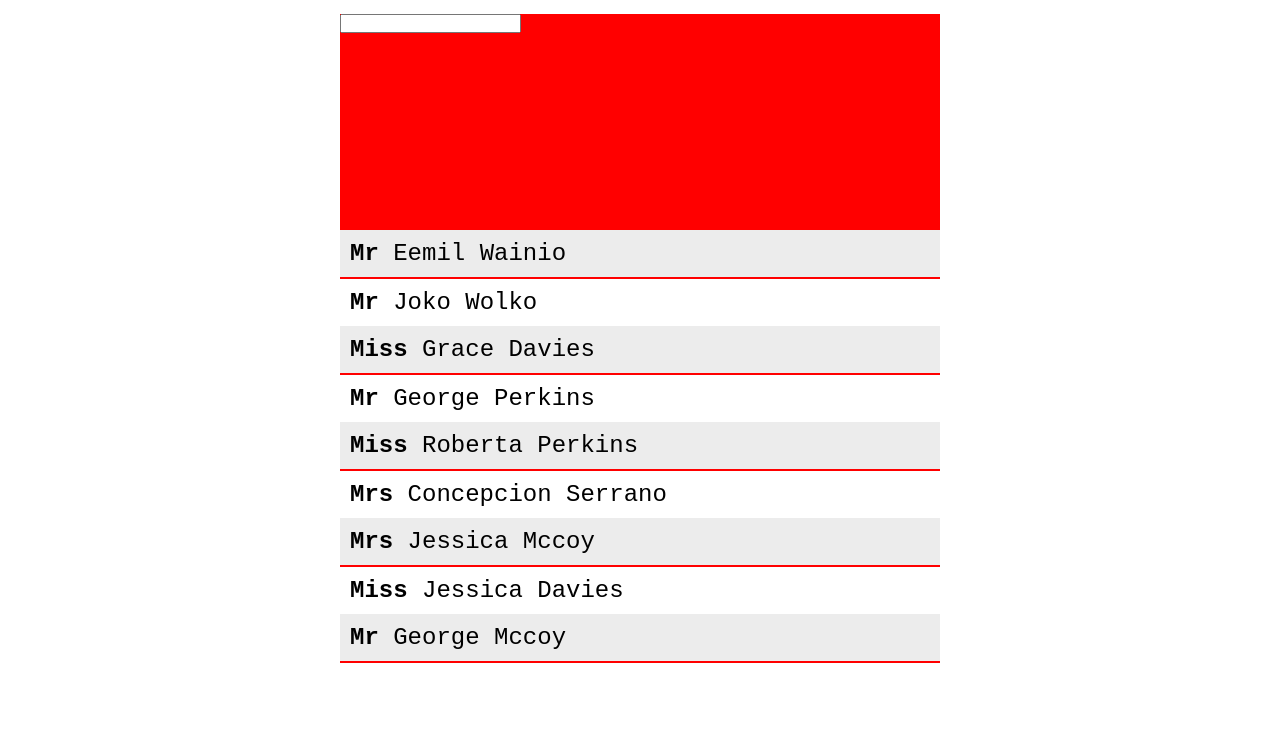
Repository: KrzysKolo/sr_tydzien5_zad4
Page: /
The author's editor kept a copy of each file at every save. The page is drawn from the files as they stood at one save, then again after the next save.
The browser window is 1280 px wide. The pictures show the whole page.
The project was rebuilt for these pictures with package versions that can differ from the ones it lists, and the page was loaded fresh each time.

Above is the page before, as saved 2021-01-03 05:13:37.

After the next save:
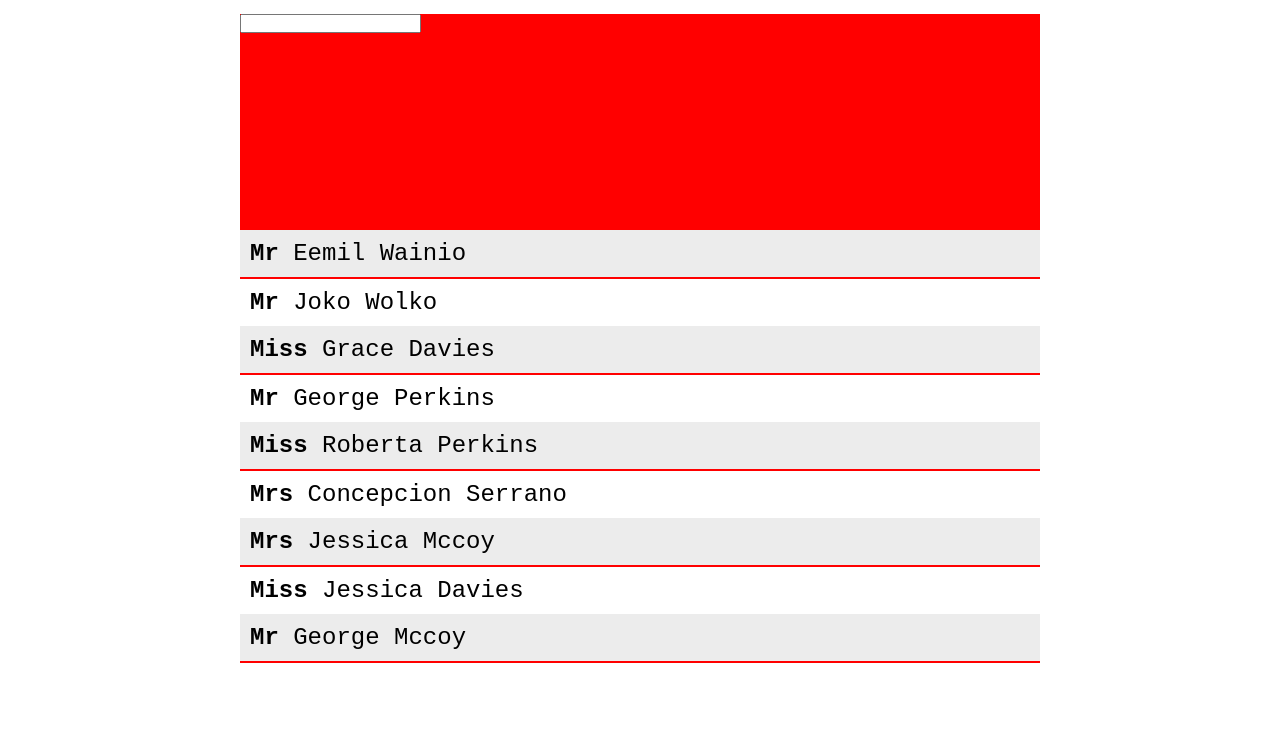
Saved 28 s later.
--- a/src/App.css
+++ b/src/App.css
@@ -10,7 +10,7 @@ body {
 section {
   margin: 2vh auto;
   width: 70%;
-  max-width: 600px;
+  max-width: 800px;
   display: flex;
   flex-direction: column;
 }
